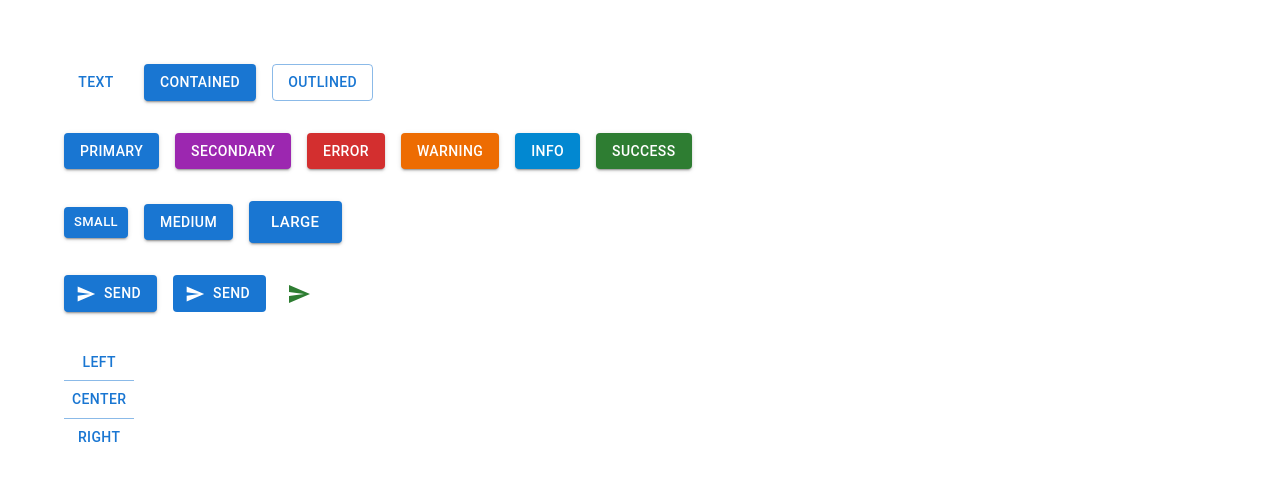
Repository: janidulnkg1/react-mui
Page: / (app in mui-demo/)
The author's editor kept a copy of each file at every save. The page is drawn from the files as they stood at one save, then again after a run of saves.
The browser window is 1280 px wide. The pictures show the whole page.
The project was rebuilt for these pictures with package versions that can differ from the ones it lists, and the page was loaded fresh each time.

Above is the page before, as saved 2023-11-08 14:41:32.

After the next 2 saves:
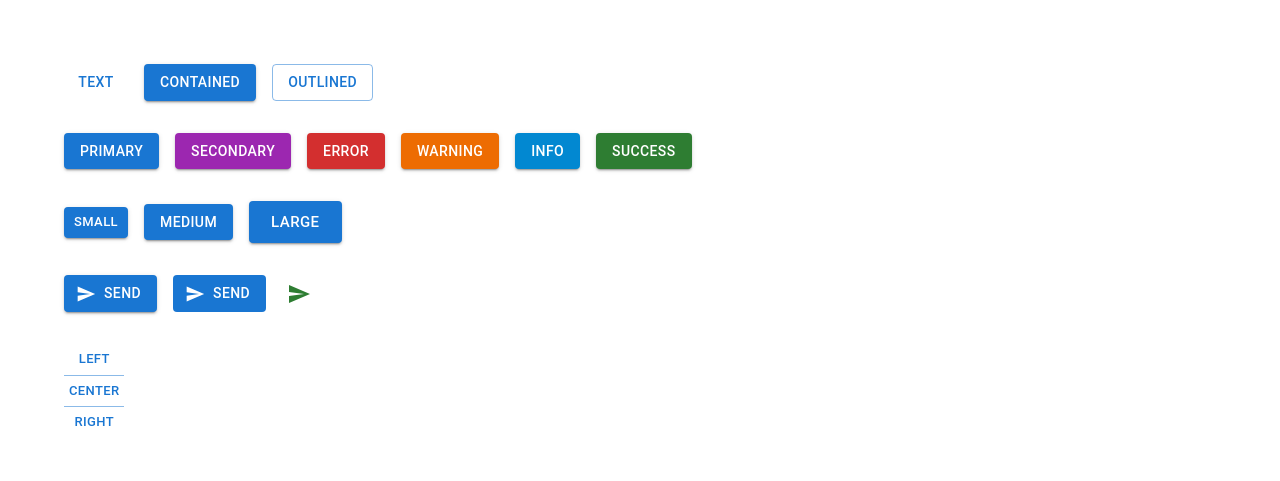
The 2 saves are shown as one change because they came seconds apart.
The last was saved 8 s later.
--- a/mui-demo/src/components/MuiButton.tsx
+++ b/mui-demo/src/components/MuiButton.tsx
@@ -36,7 +36,7 @@ export const MuiButton = () => {
         </Stack>
 
         <Stack direction='row'>
-            <ButtonGroup variant='text' orientation='vertical'>
+            <ButtonGroup variant='text' orientation='vertical' size='small' >
                 <Button>Left</Button>
                 <Button>Center</Button>
                 <Button>Right</Button>
